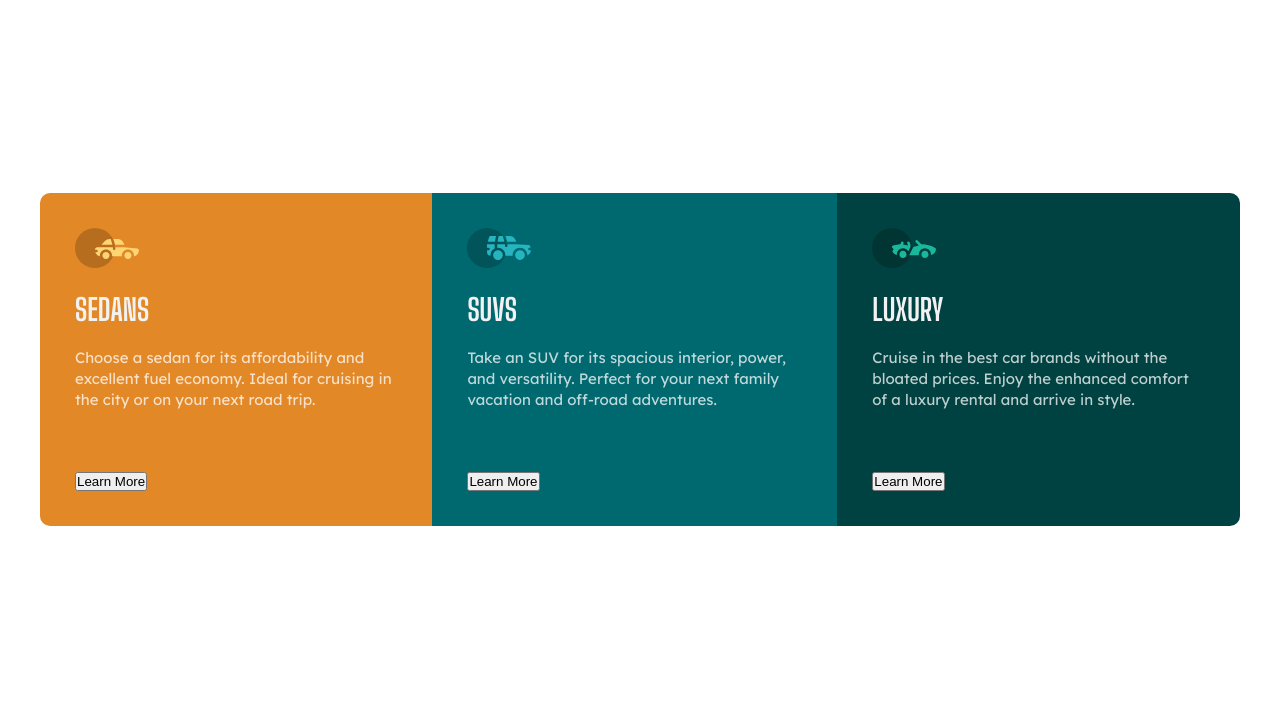
Repository: thaibaocoder1/3-column-card
Page: index.html
The author's editor kept a copy of each file at every save. The page is drawn from the files as they stood at one save, then again after the next save.
The browser window is 1280 px wide. The pictures show the whole page.

Above is the page before, as saved 2023-01-11 21:00:38.

### index.html
<!DOCTYPE html>
<html lang="en">
<head>
  <meta charset="UTF-8">
  <meta name="viewport" content="width=device-width, initial-scale=1.0">
  <link rel="icon" type="image/png" sizes="32x32" href="./images/favicon-32x32.png">
  <title>Frontend Mentor | 3-column preview card component</title>
  <link rel="preconnect" href="https://fonts.googleapis.com">
  <link rel="preconnect" href="https://fonts.gstatic.com" crossorigin>
  <link href="https://fonts.googleapis.com/css2?family=Big+Shoulders+Display:wght@700&family=Lexend+Deca&display=swap" rel="stylesheet">
  <link rel="stylesheet" href="./styles.css">
</head>
<body>

  <main class="container">
    <div class="container__box container__box--one">
      <img src="./images/icon-sedans.svg" alt="" class="container--image">
      <h1 class="container--heading">Sedans</h1>
      <p class="container--content">
        Choose a sedan for its affordability and excellent fuel economy. Ideal for cruising in the city
        or on your next road trip.
      </p>
      <button class="container--btn">Learn More</button>
    </div>

    <div class="container__box container__box--two">
      <img src="./images/icon-suvs.svg" alt="" class="container--image">
      <h1 class="container--heading">Suvs</h1>
      <p class="container--content">
        Take an SUV for its spacious interior, power, and versatility. Perfect for your next family vacation
        and off-road adventures.
      </p>
      <button class="container--btn">Learn More</button>
    </div>

    <div class="container__box container__box--three">
      <img src="./images/icon-luxury.svg" alt="" class="container--image">
      <h1 class="container--heading">Luxury</h1>
      <p class="container--content">
        Cruise in the best car brands without the bloated prices. Enjoy the enhanced comfort of a luxury
        rental and arrive in style.
      </p>
      <button class="container--btn">Learn More</button>
    </div>
  </main>


</body>
</html>

### styles.css
* {
    margin: 0;
    padding: 0;
    box-sizing: border-box;
}
html {
    font-size: 62.5%;
}
body {
    text-rendering: optimizeLegibility;
    scroll-behavior: smooth;
    font-family: 'Big Shoulders Display', cursive;
    font-family: 'Lexend Deca', sans-serif;
    display: flex;
    align-items: center;
    justify-content: center;
    min-height: calc(100vh - 1px);
}
:root {
    --bright-orange: hsl(31, 77%, 52%);
    --dark-cyan: hsl(184, 100%, 22%);
    --very-dark-cyan: hsl(179, 100%, 13%);
    --white-p:  hsla(0, 0%, 100%, 0.75);
    --light-gray: hsl(0, 0%, 95%);
}
.container {
    /* max-width: 65rem; */
    padding: 4rem;
    margin: 0 auto;
    display: flex;
    align-items: stretch;
    justify-content: center;
}
.container .container__box--one {
    background-color: var(--bright-orange);
    border-radius: 1rem 0 0 1rem;
}
.container .container__box--two {
    background-color: var(--dark-cyan);
}
.container .container__box--three {
    background-color: var(--very-dark-cyan);
    border-radius: 0 1rem 1rem 0;
}
.container .container__box {
    padding: 3.5rem;
}
.container__box .container--heading {
    color: var(--light-gray);
    font-family: 'Big Shoulders Display', cursive;
    text-transform: uppercase;
    font-size: 3rem;
    margin: 2rem 0;
    font-weight: 500;
}
.container__box .container--content {
    color: var(--white-p);
    margin-bottom: 6.2rem;
    font-size: 1.5rem;
    line-height: 1.4;
}

After the next save:
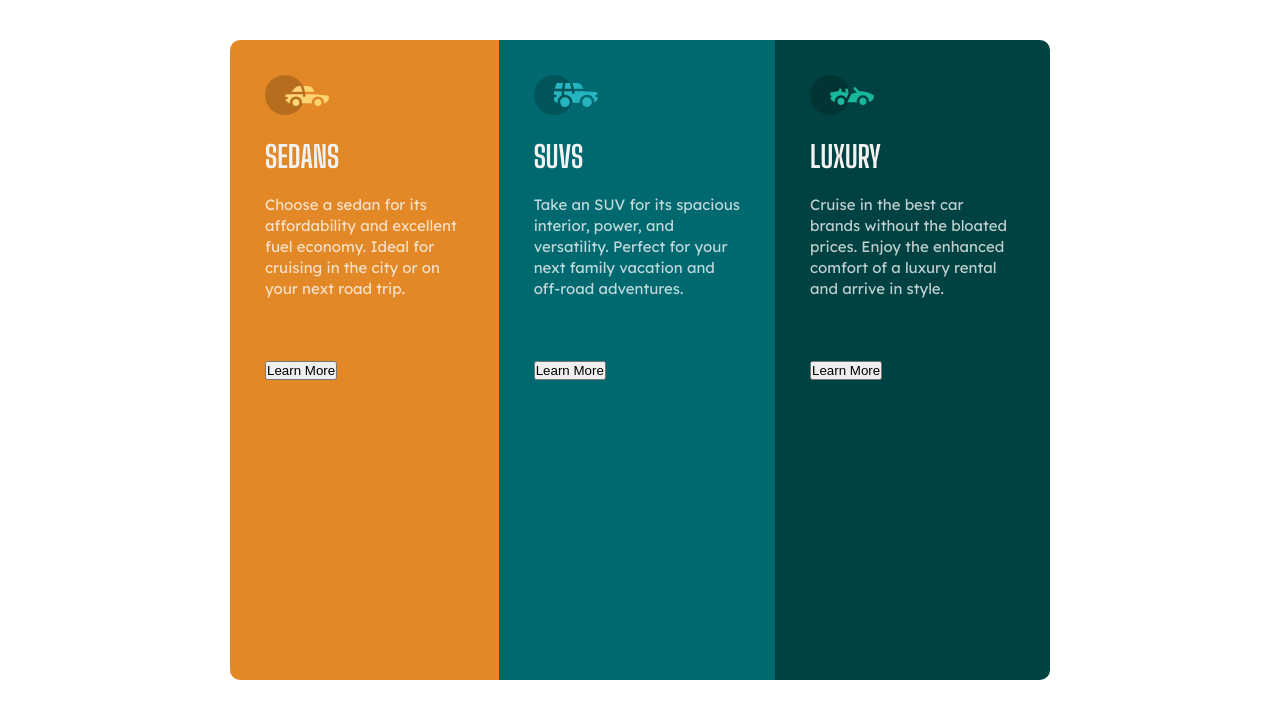
Saved 90 s later.
--- a/styles.css
+++ b/styles.css
@@ -24,7 +24,8 @@
     --light-gray: hsl(0, 0%, 95%);
 }
 .container {
-    /* max-width: 65rem; */
+    max-width: 90rem;
+    height: 100vh;
     padding: 4rem;
     margin: 0 auto;
     display: flex;
